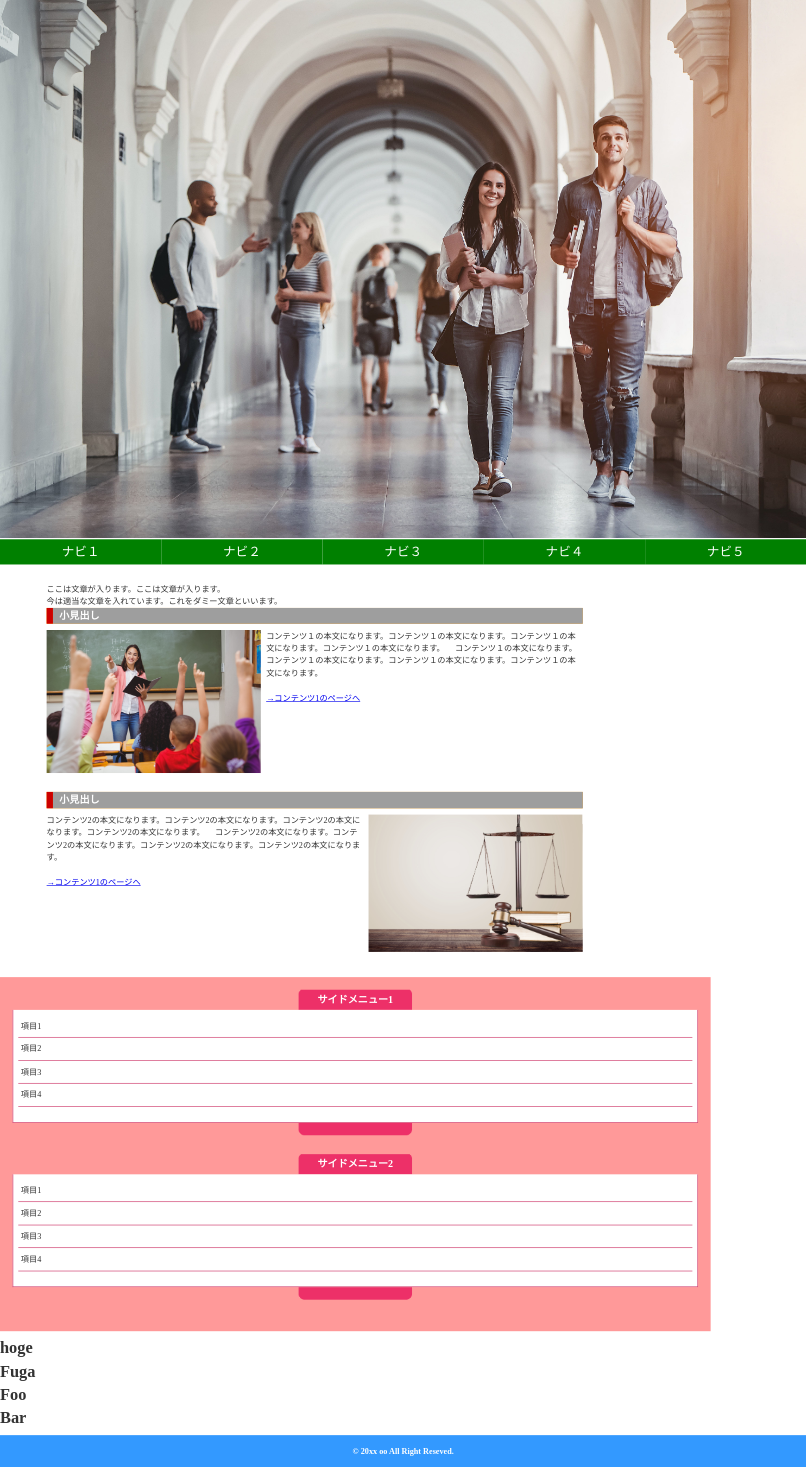
Repository: nekonoko114/samurai_HTML-CSS
Page: home.html
The author's editor kept a record of every edit. The page is drawn from the files as they stood at one moment, then again after the next edit.
The browser window is 1280 px wide. The pictures show the whole page, at 63% of full size.
Pictures or frames that could not be fetched are drawn as grey boxes.

Above is the page before.

After the next edit:
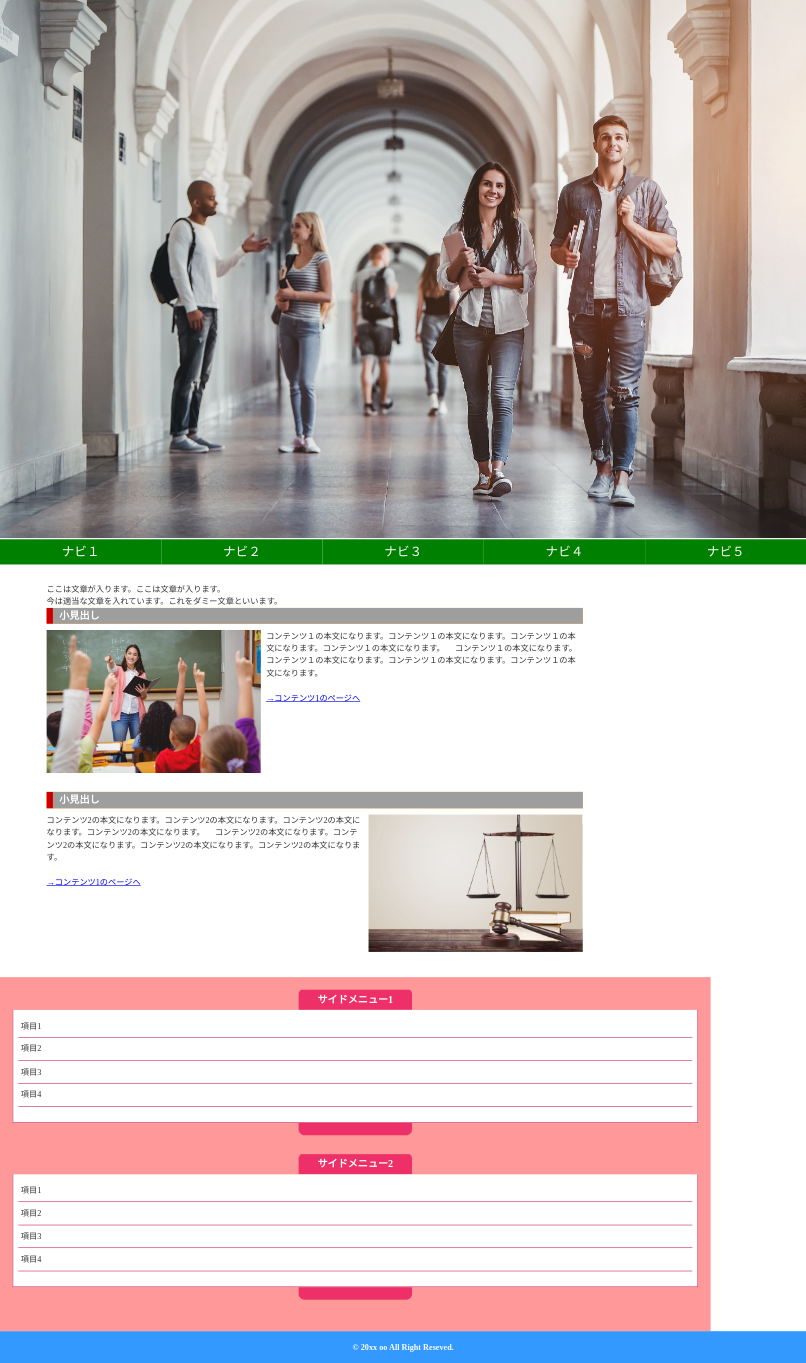
The edit:
--- a/home.html
+++ b/home.html
@@ -69,17 +69,6 @@
                  </div>
            </div>
      </div>
-
-
-    <div id="sort">
-        <h1>hoge</h1>
-        <h1>Fuga</h1>
-        <h1>Foo</h1>
-        <h1>Bar</h1>
-    </div>
-
-
-
      <div id="footer">
            <p>&copy; 20xx oo All Right Reseved.</p>
      </div>
